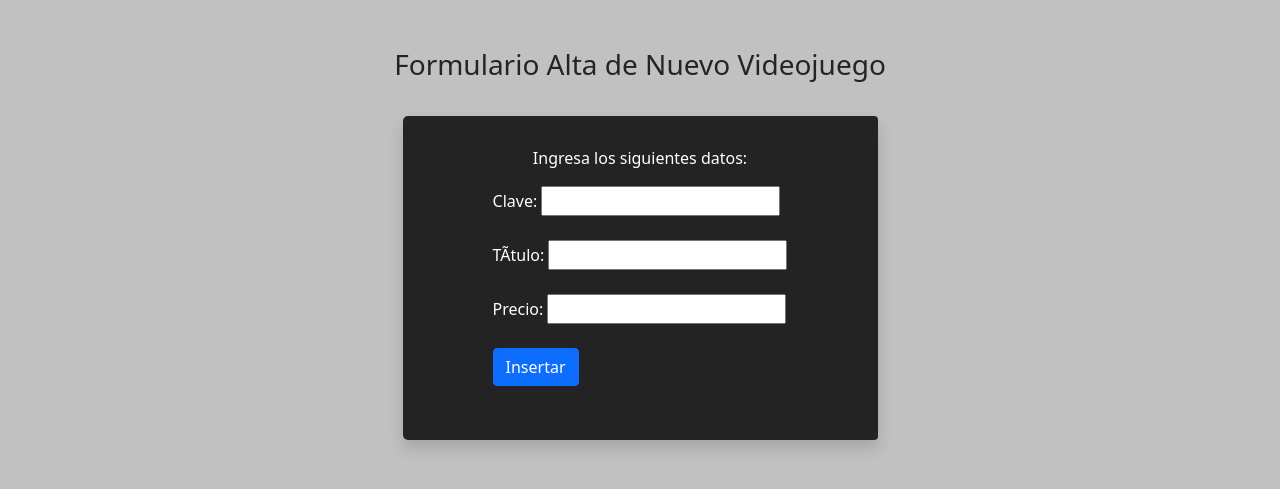
Repository: Jatziri16/JavaEE
Page: http://localhost/TiendaVideojuegos/FormularioInsertarVideojuego.jsp
The author's editor kept a copy of each file at every save. The page is drawn from the files as they stood at one save, then again after the next save.
The browser window is 1280 px wide. The pictures show the whole page.
The page is served by Tomcat 9.

Above is the page before, as saved 2023-12-06 03:12:49.

After the next save:
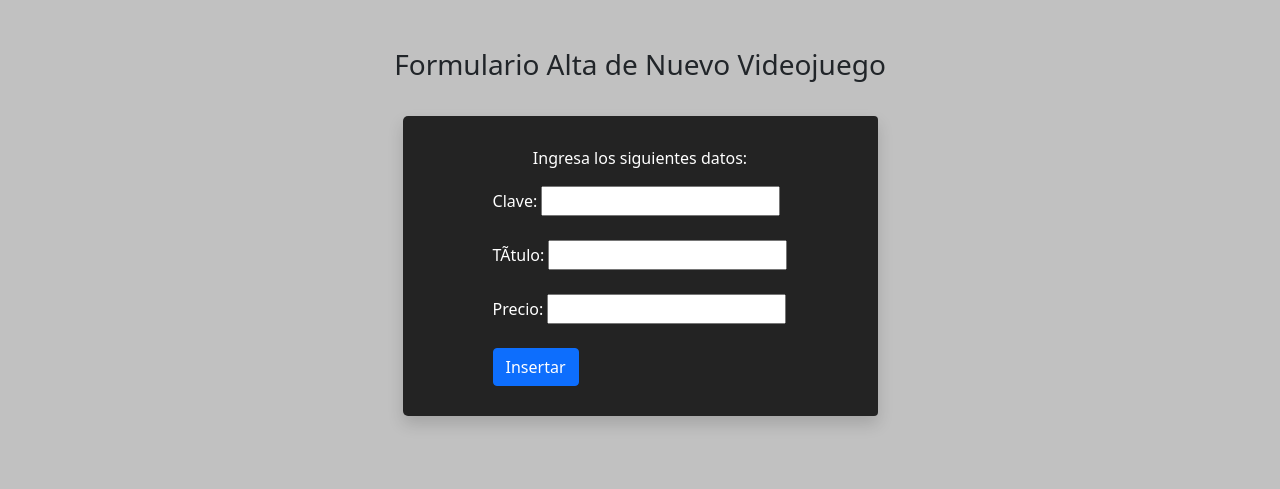
Saved 68 s later.
--- a/TiendaVideojuegos/src/main/webapp/FormularioInsertarVideojuego.jsp
+++ b/TiendaVideojuegos/src/main/webapp/FormularioInsertarVideojuego.jsp
@@ -36,7 +36,7 @@
 								<input type="text" name="titulo"><br><br>
 								Precio:
 								<input type="text" name="precio"><br><br>
-								<button class="btn btn-primary" onclick="validarForms()" type="button">Insertar</button><br><br>
+								<button class="btn btn-primary" onclick="validarForms()" type="button">Insertar</button>
 							</form>
 						</div>
 					</div>
